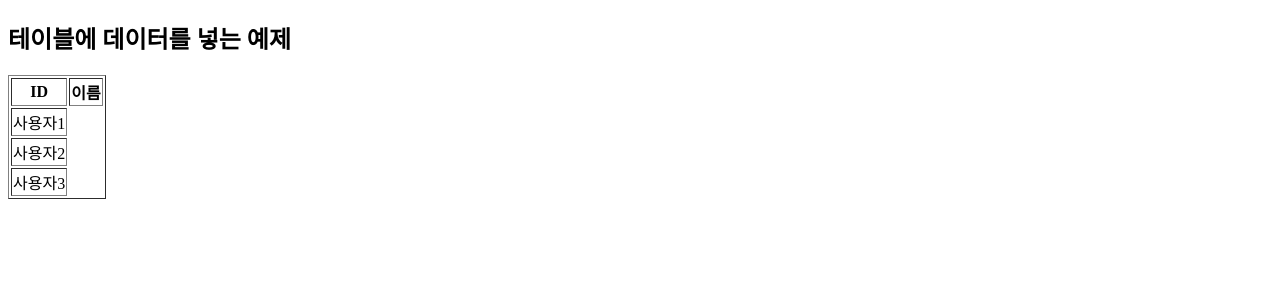
Repository: heyJSH/Study_java_web_sol
Page: http://localhost/jspweb_07/forstat.jsp
These files come from the project's save history. The page is drawn as it stood at one moment and after the next save; the edit follows.
The browser window is 1280 px wide. The pictures show the whole page.
The page is served by Tomcat 9. Other server files are loaded and not shown.

Above is the page before, as saved 2024-01-11 00:28:34.

### teacher_lecture/cotogether/workspace_stsb_4_21/jspweb_07/src/main/webapp/forstat.jsp
<%@ page language="java" contentType="text/html; charset=UTF-8"
    pageEncoding="UTF-8"%>
<%@ page import="java.util.*" %>
<!DOCTYPE html>
<html>
<head>
<meta charset="UTF-8">
<title>Insert title here</title>
</head>
<body>

	<%
		out.println("<h2>테이블에 데이터를 넣는 예제</h2>");
	%>

	<%
	    // 사용자 리스트 (가정)
	    ArrayList<String> userList = new ArrayList<>();
	    userList.add("사용자1");
	    userList.add("사용자2");
	    userList.add("사용자3");

	    // 테이블 시작
	    out.println("<table border='1'>");

	    // 테이블 헤더
	    out.println("<tr>");
	    out.println("<th>ID</th>");
	    out.println("<th>이름</th>");
	    out.println("</tr>");

	    // 사용자 리스트를 테이블에 추가
	    for (String user : userList) {
	        out.println("<tr>");
	        out.println("<td>" + user + "</td>");
	        out.println("</tr>");
	    }

	    // 테이블 종료
	    out.println("</table>");
	%>
</body>
</html>

After the next save:
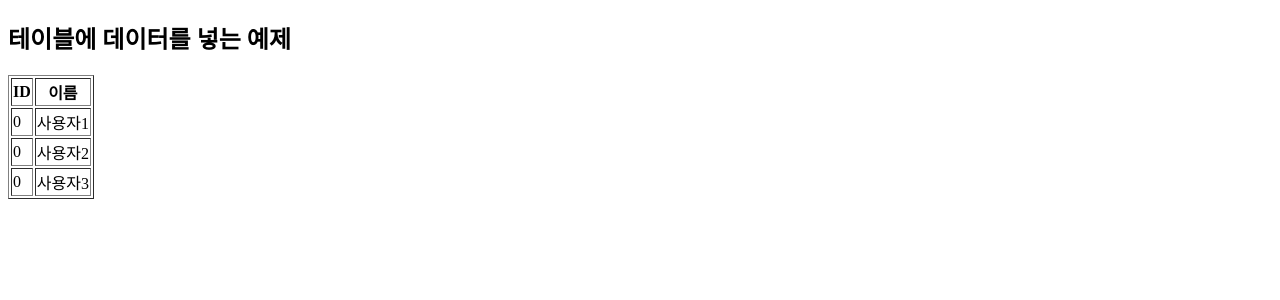
Saved 4 min 30 s later.
--- a/teacher_lecture/cotogether/workspace_stsb_4_21/jspweb_07/src/main/webapp/forstat.jsp
+++ b/teacher_lecture/cotogether/workspace_stsb_4_21/jspweb_07/src/main/webapp/forstat.jsp
@@ -30,8 +30,10 @@
 	    out.println("</tr>");
 
 	    // 사용자 리스트를 테이블에 추가
+	    int index = 0;
 	    for (String user : userList) {
 	        out.println("<tr>");
+	        out.println("<td>" + index + "</td>");
 	        out.println("<td>" + user + "</td>");
 	        out.println("</tr>");
 	    }
